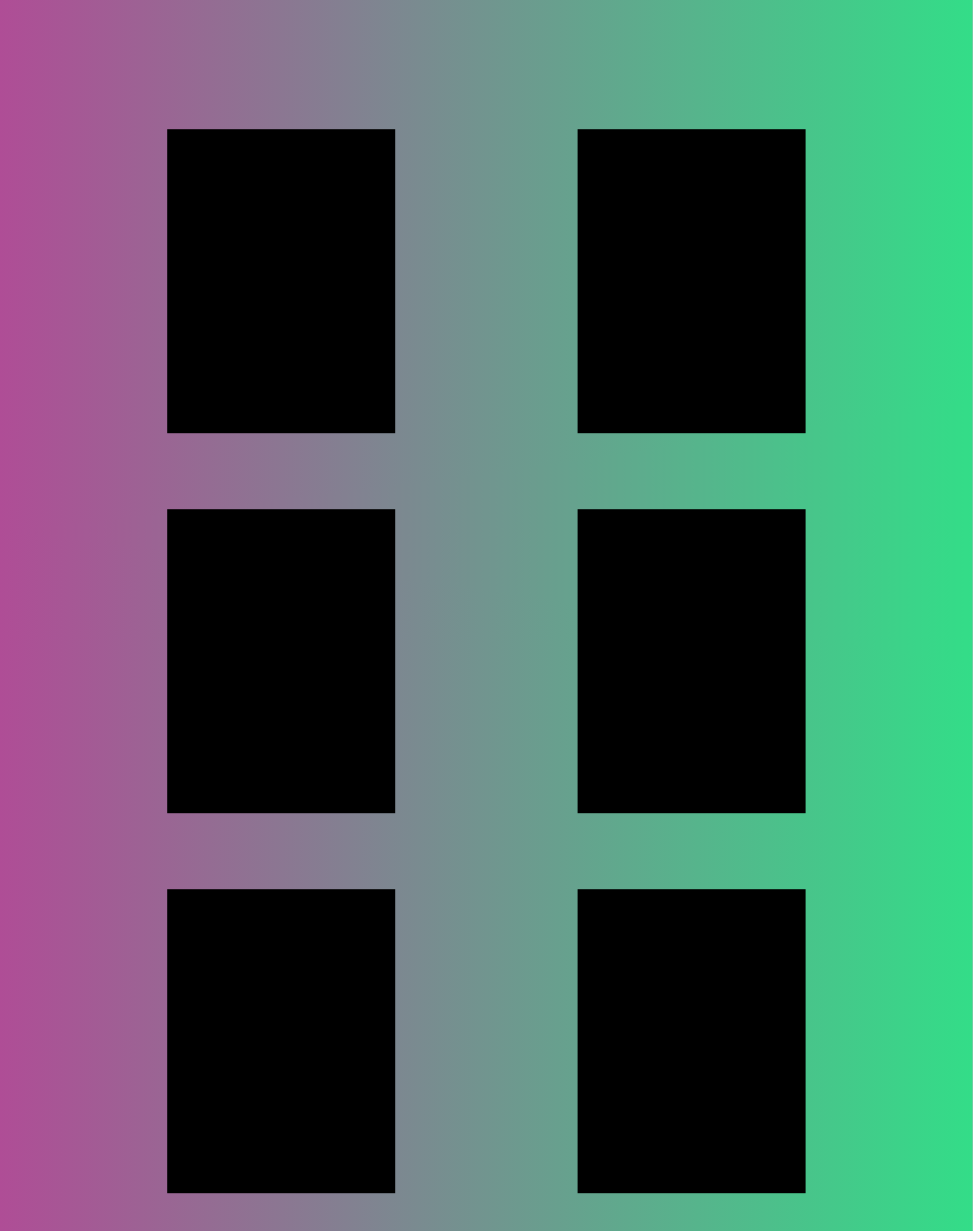
Repository: lausamtuong/profileCard
Page: index.html
These files come from the project's save history. The page is drawn as it stood at one moment and after the next save; the edit follows.
The browser window is 1280 px wide. The pictures show the whole page, at 76% of full size.
The style sheet was rebuilt from its Sass, Less or Tailwind sources for each picture, by a compiler version that may differ from the author's.

Above is the page before, as saved 2021-12-14 14:57:02.

After the next save:
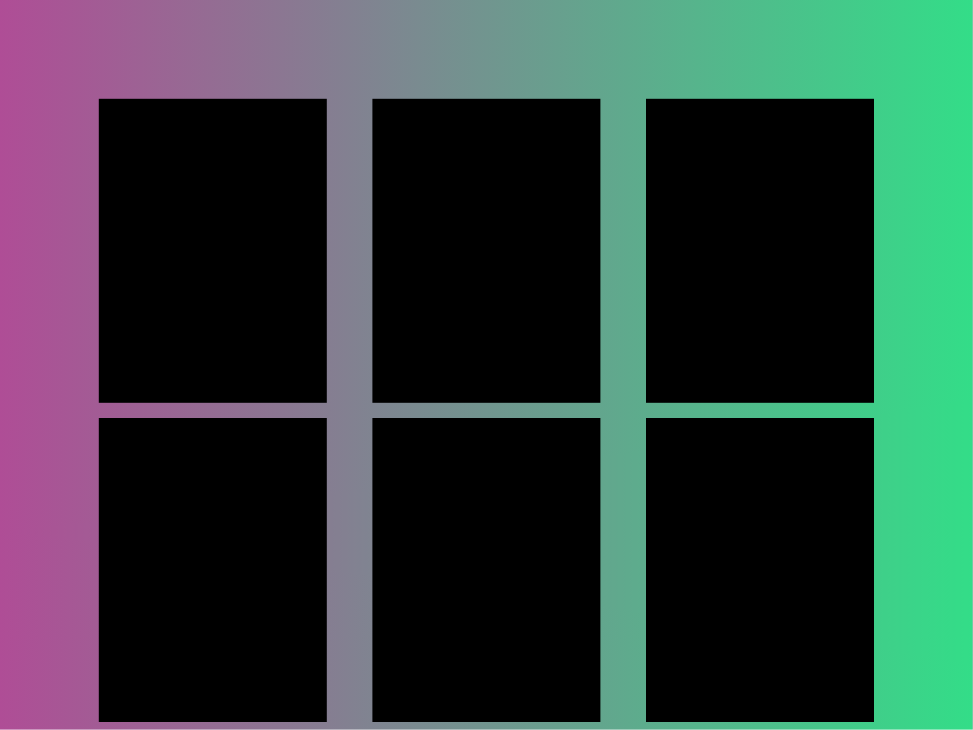
Saved 8 s later.
--- a/style.scss
+++ b/style.scss
@@ -19,6 +19,6 @@ body{
         width:300px;
         height:400px;
         background-color: #000;
-        margin: 50px;
+        margin: 10px;
     }
 }
